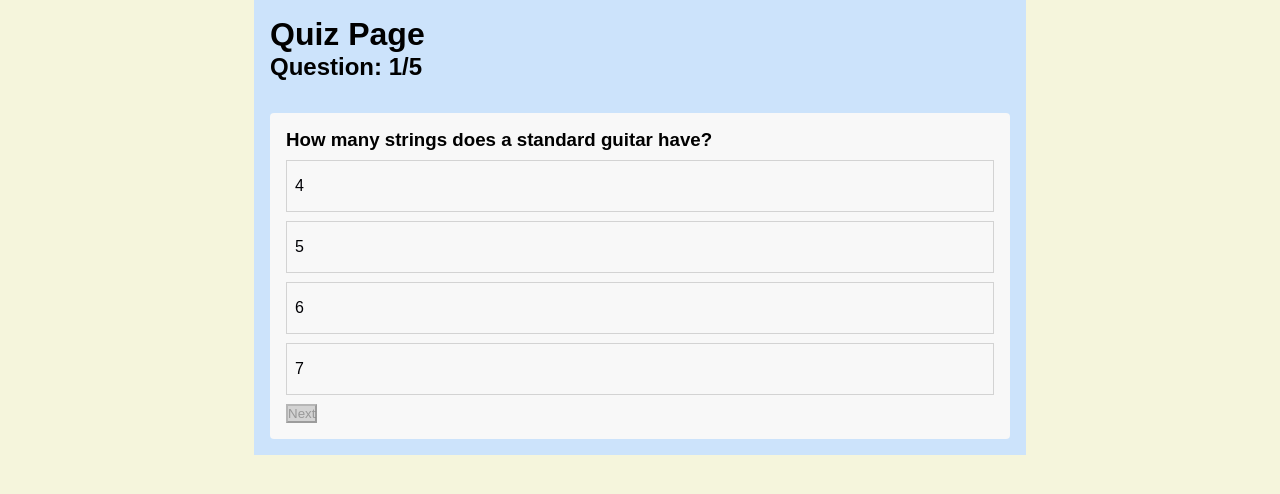
Repository: 1medi/pocketprof
Page: /quiz/page
These files come from the project's save history. The page is drawn as it stood at one moment and after the next save; the edit follows.
The browser window is 1280 px wide. The pictures show the whole page.
The project was rebuilt for these pictures with package versions that can differ from the ones it lists, and the page was loaded fresh each time. The framework's server and built-in components were replaced by stand-ins that run in the browser. Also part of the build but not shown: next.config.mjs.

Above is the page before, as saved 2024-04-07 00:32:20.

### pages/quiz/page.jsx
'use client';
import React, { useState } from 'react';
import { quiz } from "../data"
import styles from "./page.module.css"
import { Montserrat } from "next/font/google"

const notoSans = Montserrat({
  subsets: ['latin'], // Specify any subsets, if needed
});
export default function Page() {
  const [activeQuestion, setActiveQuestion] = useState(0);
  const [selectedAnswer, setSelectedAnswer] = useState('');
  const [checked, setChecked] = useState(false);
  const [selectedAnswerIndex, setSelectedAnswerIndex] = useState(null);
  const [showResult, setShowResult] = useState(false);
  const [result, setResult] = useState({
    score: 0,
    correctAnswers: 0,
    wrongAnswers: 0,
  });

  const { questions } = quiz;
  const { question, answers, correctAnswer } = questions[activeQuestion];

  const onAnswerSelected = (answer, idx) => {
    setChecked(true);
    setSelectedAnswerIndex(idx);
    if (answer === correctAnswer) {
      setSelectedAnswer(true);
      console.log('true');
    } else {
      setSelectedAnswer(false);
      console.log('false');
    }
  };

  // Calculate score and increment to next question
  const nextQuestion = () => {
    setSelectedAnswerIndex(null);
    setResult((prev) =>
      selectedAnswer
        ? {
            ...prev,
            score: prev.score + 5,
            correctAnswers: prev.correctAnswers + 1,
          }
        : {
            ...prev,
            wrongAnswers: prev.wrongAnswers + 1,
          }
    );
    if (activeQuestion !== questions.length - 1) {
      setActiveQuestion((prev) => prev + 1);
    } else {
      setActiveQuestion(0);
      setShowResult(true);
    }
    setChecked(false);
  };

  return (
    <>
        <div className={`${styles.container}`}>
      <h1 className={styles.title}>Quiz Page</h1>
      <div>
        <h2 className={styles.activeQ}>
          Question: {activeQuestion + 1}
          <span>/{questions.length}</span>
        </h2>
      </div>
      <div>
        {!showResult ? (
          <div className={styles.quizContainer}>
            <h3 className={styles.question}>{questions[activeQuestion].question}</h3>
            {answers.map((answer, idx) => (
              <li
                key={idx}
                onClick={() => onAnswerSelected(answer, idx)}
                className={`${styles.answerList} ${selectedAnswerIndex === idx ? styles.itemSelected : styles.itemHover}`}
              >
                <span>{answer}</span>
              </li>
            ))}
            {checked ? (
              <button onClick={nextQuestion} className={styles.btn}>
                {activeQuestion === question.length - 1 ? 'Finish' : 'Next'}
              </button>
            ) : (
              <button onClick={nextQuestion} disabled className={styles.btnDisabled}>
                {' '}
                {activeQuestion === question.length - 1 ? 'Finish' : 'Next'}
              </button>
            )}
          </div>
        ) : (
          <div className={styles.quizContainer}>
            <h3 className={styles.hthree}>Results</h3>
            <h3 className={styles.hthree}>Overall {(result.score / 25) * 100}%</h3>
            <p className={styles.paragraph}>
              Total Questions: <span>{questions.length}</span>
            </p>
            <p className={styles.paragraph}>
              Total Score: <span>{result.score}</span>
            </p>
            <p className={styles.paragraph}>
              Correct Answers: <span>{result.correctAnswers}</span>
            </p>
            <p className={styles.paragraph}>
              Wrong Answers: <span>{result.wrongAnswers}</span>
            </p>
            <button className={styles.btn} onClick={() => window.location.reload()}>Restart</button>
          </div>
        )}
      </div>
    </div>
    </>

  );
};

### styles/globals.css
:root {
background-color: beige;
align-content: center;
--main-color-purple: #8E71D5;
--main-color-lightpurple: #CCBFED;
--secondary-color-blue: #9AB7F9;
--secondary-color-lightblue: #CCE3FB;

--main-font: "mont", sans-serif;


}


* {
    padding: 0;
    margin: 0;
  }

  ol,
  ul {
    list-style: none;
  }

### pages/data.js
export const quiz = {
    totalQuestions: 5,
    questions: [
      {
        id: 1,
        question: 'How many strings does a standard guitar have?',
        answers: ['4', '5', '6', '7'],
        correctAnswer: '6',
      },
      {
        id: 2,
        question: 'Which part of the guitar do you strum or pluck the strings with?',
        answers: ['Headstock', 'Fretboard', 'Body', 'Bridge'],
        correctAnswer: 'Body',
      },
      {
        id: 3,
        question: 'What is a pick used for in playing the guitar?',
        answers: ['Holding the strings down', 'Strumming or plucking the strings', 'Keeping the guitar in tune', 'San Marino'],
        correctAnswer: 'Strumming or plucking the strings',
      },
      {
        id: 4,
        question: 'What is the name of the thickest string on the guitar?',
        answers: ['A string', 'E string', 'D string', 'G string'],
        correctAnswer: 'E string',
      },
      {
        id: 5,
        question: 'Where do you place your fingers to play different notes on the guitar?',
        answers: ['On the body', 'On the headstock', 'On the strings over the fretboard', 'On the tuning pegs'],
        correctAnswer: 'On the strings over the fretboard',
      },
    ],
  };

### pages/quiz/page.module.css
.container{
    padding: 1rem;
    background-color: var(--secondary-color-lightblue);
    font-family: "Noto", sans-serif;
  }

.title,
.activeQ{
    color: black;
  }

  .hthree {
    padding-bottom: 2rem;
    color: #000105;
    font-size: 1.8rem;
  }

  .btn {
    padding: 16px 8px;
    width: 100%;
    margin-top: 12px;
    font-size: 1rem;
    border-radius: 4px;
    cursor: pointer;
    background-color: #808080;
    color: #f8f8f8;
  }

  .btnDisabled {
    background-color: lightgray;
  }

  .answerList {
    list-style-type: none;
    cursor: pointer;
    margin: 9px 0;
    padding: 16px 8px;
    color: #000105;
    border: 1px solid lightgray;
  }

  .itemHover:hover {
    background-color: #d8d8d8;
    columns: #fff;
  }

  .itemSelected {
    color: #fff;
    background-color: #000925;
  }

  .container {
    max-width: 740px;
    width: 100%;
    margin: auto;
    padding: 1rem;
  }

  .quizContainer {
    background-color: #f8f8f8;
    padding: 1rem;
    margin-top: 2rem;
    border-radius: 4px;
  }

  .paragraph {
    padding: 8px 0;
  }

Loaded but not shown: pages/_app.js (common file); pages/_document.js (common file)

After the next save:
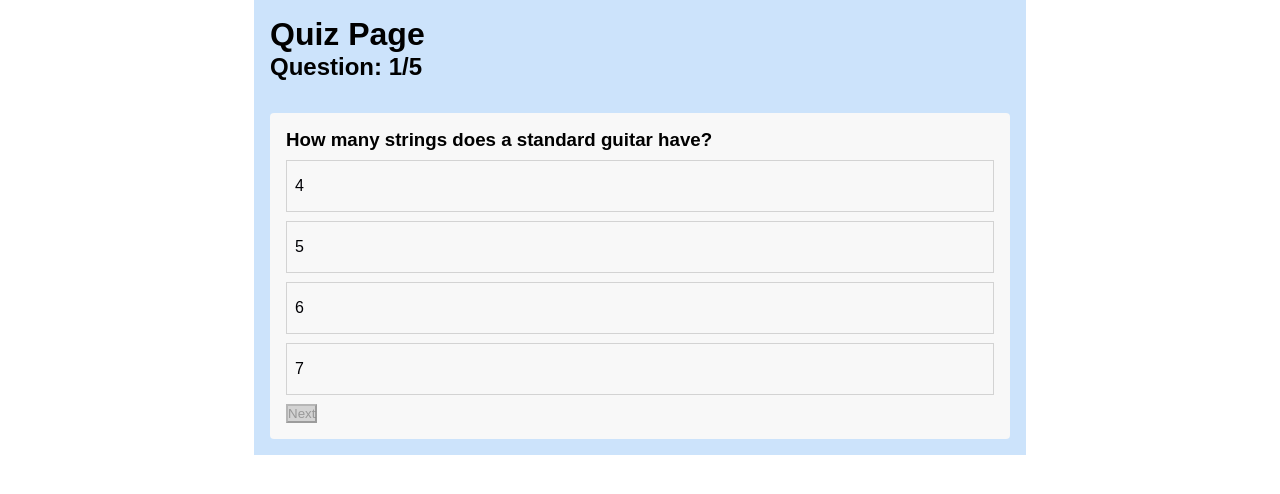
Saved 100 s later.
--- a/styles/globals.css
+++ b/styles/globals.css
@@ -1,5 +1,5 @@
 :root {
-background-color: beige;
+background-color: white;
 align-content: center;
 --main-color-purple: #8E71D5;
 --main-color-lightpurple: #CCBFED;
